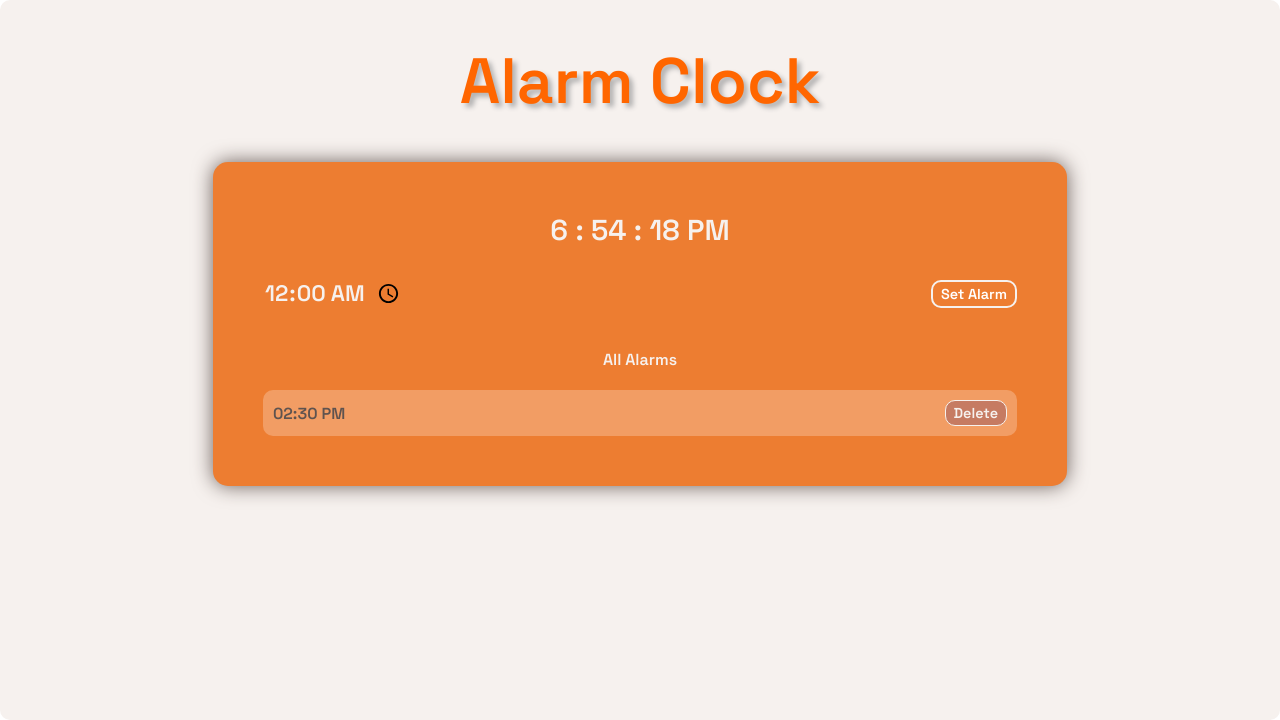
Repository: Pragya016/Alarm-Clock
Page: Index.html
These files come from the project's save history. The page is drawn as it stood at one moment and after the next save; the edit follows.
The browser window is 1280 px wide. The pictures show the whole page.

Above is the page before, as saved 2024-01-19 22:27:55.

### Index.html
<!DOCTYPE html>
<html lang="en">

<head>
    <meta charset="UTF-8">
    <meta name="viewport" content="width=device-width, initial-scale=1.0">
    <!-- css stylesheet -->
    <link rel="stylesheet" href="styles.css">

    <title>Alarm Clock</title>
</head>

<body>
    <div id="box">
        <h1>Alarm Clock</h1>
        <div class="container">

            <!-- showing the current time -->
            <div id="current-time">
                <h2 class="cur-time"></h2>
            </div>

            <!-- to set the alarm -->
            <div id="set-alarm">
                <h3>
                    <input type="time" class="set-time" value="00:00">
                </h3>
                <button type="button" id="set-alarm-btn">
                    Set Alarm
                </button>
            </div>

            <!-- list of alarms that are already been set -->
            <div id="all-alarms">
                <p class="heading"><b>All Alarms</b>
                </p>
                <div class="alarm">
                    <p class="preSetAlarmTime">
                        02:30 PM
                    </p>
                    <button type="button" class="dlt-alarm-btn">
                        Delete
                    </button>
                </div>
            </div>
        </div>
    </div>
    <!-- script -->
    <script src="clock.js"></script>
</body>

</html>

### styles.css
@import url('https://fonts.googleapis.com/css2?family=IBM+Plex+Mono:wght@700&family=Space+Grotesk:wght@600&display=swap');

/* default css styles */
:root {
    --creamColor : #F6F1EE;
    --orangeShadeDark : #ff6600;
    --OrangeColor : #ED7D31;
    --brownColor : #6C5F5B;
    --brownShadeDarker : #5f534f;
    --orangeShadeDarker : #ba4c28;
}

body, html{
    margin: 0;
    padding: 0;
}

*{
    box-sizing: border-box;
    margin: 0;
        font-family: 'IBM Plex Mono', monospace;
font-family: 'Space Grotesk', sans-serif;
}

/* main container */
#box{
    height: 100vh;
    padding: 30px;
    width: 100%;
    margin: auto;
    border-radius: 10px;
    background-color: var(--creamColor);
}

#box h1{
    color: var(--orangeShadeDark);
    text-align: center;
    margin-top: 10px;
    font: 900;
    font-size: 4rem;
    overflow: hidden;
    text-shadow: 4px 4px 5px rgb(179, 178, 178);
}

/* ----------------------------- */

#current-time{
    font-size: 1.2rem;
}

/* ----------------------------- */

.container {
    color: var(--creamColor);
    height: auto;
    width: 70%;
    overflow: scroll;
    margin: 40px auto 0;
    padding: 50px;
    font-family: Arial, Helvetica, sans-serif;
    display: flex;
    flex-direction: column;
    /* letter-spacing: 3px; */
    align-items: center;
    border-radius: 15px;
    background-color: var(--OrangeColor);
    box-shadow: 0px 0px 20px var(--brownColor);
}

/* ----------------------------- */
/* set alarm container */

#set-alarm {
    display: flex;
    justify-content: space-between;
    width: 100%;
    margin: 30px auto 20px auto;
}

.set-time {
    border: none;
    background-color: #00000000;
    color: var(--creamColor);
}

.set-time{
    border: none;
    font-size: larger;
    font-weight: 600;
}

/* ----------------------------- */
/* all alarms container */

#all-alarms {
    margin-top: 20px;
    display: flex;
    justify-content: space-between;
    width: 100%;
    height: auto;
    flex-direction: column;
    align-items: center;
}

#all-alarms .heading {
    color: var(--creamColor);
}

.alarm{
    display: flex;
    justify-content: space-between;
    width: 100%;
    padding: 10px;
    background-color: rgba(255, 255, 255, 0.247);
    margin-top: 20px;align-items: center;
    border-radius: 10px;
}

.alarm .preSetAlarmTime {
    font-size: 1rem;
    color: var(--brownShadeDarker);
}

.dlt-alarm-btn{
    border: 1px solid var(--creamColor);;
    background-color: hsl(15, 47%, 58%);
    color: var(--creamColor);
}

.dlt-alarm-btn:hover {
    border-color:var(--orangeShadeDarker);
    background-color: #F6F1EE;
    color: var(--orangeShadeDarker);
}

/* ----------------------------- */

button {
    width: auto;
    margin: auto 0;
    border-radius: 10px;
    font: 600;
    font-size: 0.9rem;
    border: none;
     padding: 3px 8px;
    border: 2px solid #F6F1EE;;
    background-color: #ED7D31;
    cursor: pointer;
    color: white;
}

button:hover{
   color: #ce5300;
    background-color: var(--creamColor);
}

### clock.js

// selecting all the elements of html
const currentTime = document.querySelector('.cur-time');
const setNewAlarm = document.querySelector('.set-time');
const setNewAlarmBtn = document.querySelector('#set-alarm-btn');
const preSetAlarmTime = document.querySelector('.preSetAlarmTime');
const deleteBtn = document.querySelector('.dlt-alarm-btn');
const allAlarmsContainer = document.querySelector('#all-alarms');



// --------------------------------------------
// display the current time

function updateTime() {
    let currentDate = new Date();
    let hours = currentDate.getHours();
    let minutes = currentDate.getMinutes();
    let seconds = currentDate.getSeconds();

    // selecting am or pm
    var ampm = (hours >= 12) ? "PM" : "AM";

    // getting hours minutes and seconds
    hours = (hours < 10) ? "0" + hours : hours - 12;
    minutes = (minutes < 10) ? "0" + minutes : minutes;
    seconds = (seconds < 10) ? "0" + seconds : seconds;

    // setting the tet content to current time
    let currentTimeString = `${hours} : ${minutes} : ${seconds} ${ampm}`;
    currentTime.textContent = currentTimeString;
}

setInterval(updateTime, 1000);
updateTime();


// --------------------------------------------
// setting new alarm

setNewAlarmBtn.addEventListener('click', () => {
    // getting the input value
    const timeInput = setNewAlarm.value;
    let [hourVal, minVal] = timeInput.split(':');

        // console.log(minVal, hourVal)
        if (hourVal === '00') {
            hourVal = 12;
        }

        // html for newly created alarm
    const newAlarm = `
            <div class="alarm">
                <p class="preSetAlarmTime">
                    ${hourVal}:${minVal} ${hourVal >= 12 ? 'PM' : 'AM'}
                </p>
                <button type="button" class="dlt-alarm-btn">
                    Delete
                </button>
            </div>
        `;

        // inserting the html to the container
        setTimeout(() => {
            allAlarmsContainer.insertAdjacentHTML('beforeend', newAlarm);
            setNewAlarm.value = '00:00';
            startCountDown(hourVal, minVal);
        }, 300);

});

// --------------------------------------------
function startCountDown(hours, minutes) {
    // calculating seconds
    const totalMin = (hours * 60) + minutes;
    let totalSeconds = totalMin * 60;

    setTimeout(() => {
        alert('alarm ended!!')
    }, totalSeconds)
}


// --------------------------------------------
// deleting the alarm
allAlarmsContainer.addEventListener('click', (e) => {
    // checking if delete alarm btn is present or not
    if (e.target.classList.contains('dlt-alarm-btn')) {

        // finding the closest element
        const alarmElement = e.target.closest('.alarm');

        // deleting the alarm
        if (alarmElement) {
            setTimeout(() => {
                alarmElement.remove();
            }, 300);
        }
    }
});

After the next save:
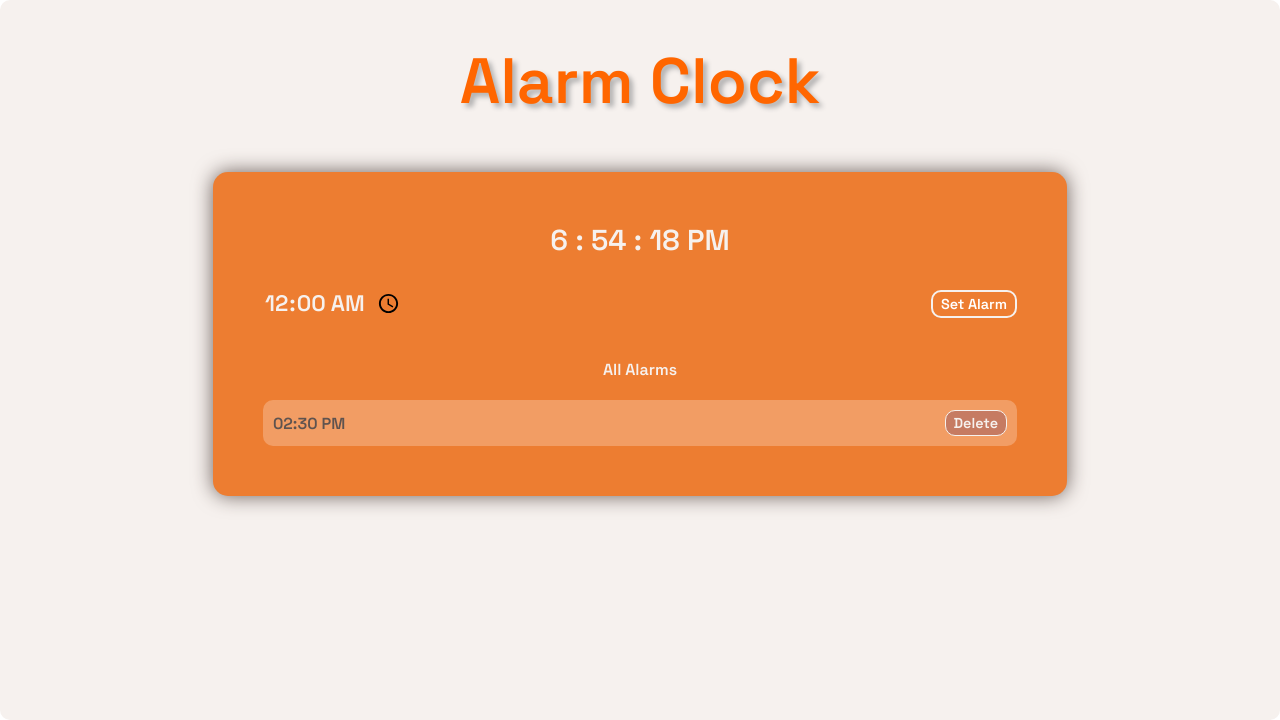
Saved 17 s later.
--- a/styles.css
+++ b/styles.css
@@ -55,7 +55,7 @@
     height: auto;
     width: 70%;
     overflow: scroll;
-    margin: 40px auto 0;
+    margin: 50px auto 0;
     padding: 50px;
     font-family: Arial, Helvetica, sans-serif;
     display: flex;

After the save that followed:
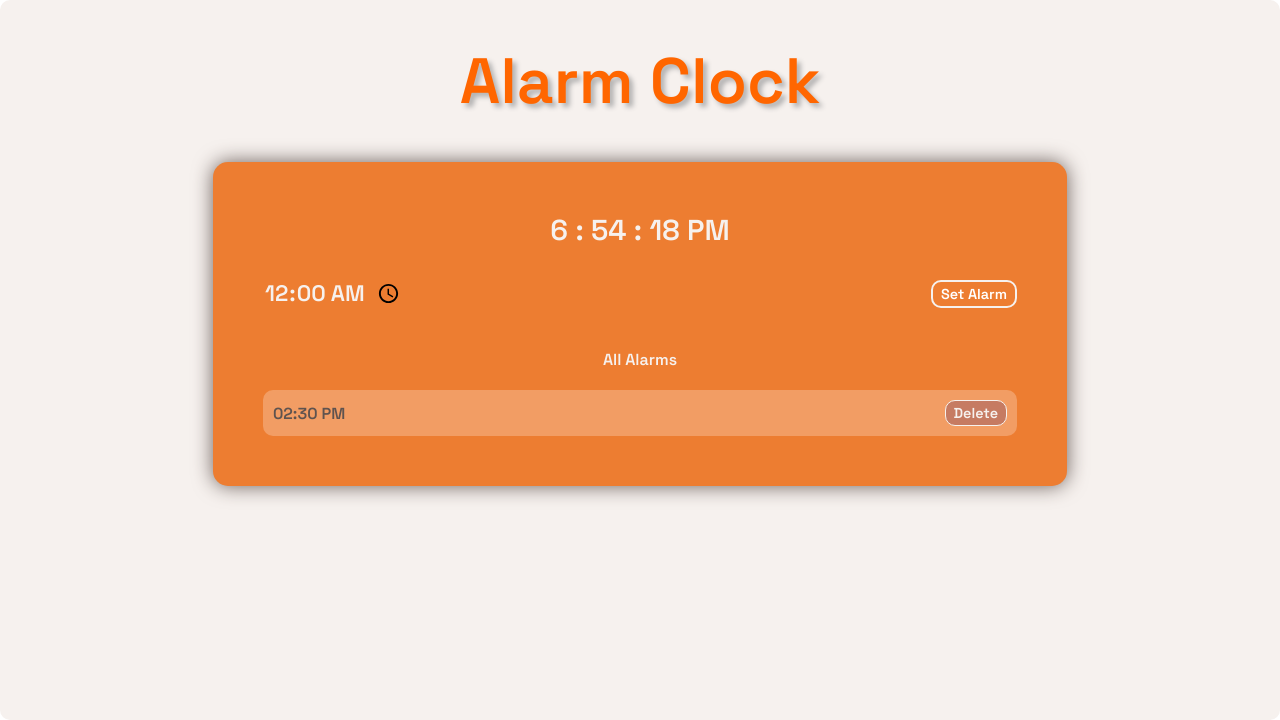
Saved 5 s later.
--- a/styles.css
+++ b/styles.css
@@ -55,7 +55,7 @@
     height: auto;
     width: 70%;
     overflow: scroll;
-    margin: 50px auto 0;
+    margin: 40px auto 0;
     padding: 50px;
     font-family: Arial, Helvetica, sans-serif;
     display: flex;
